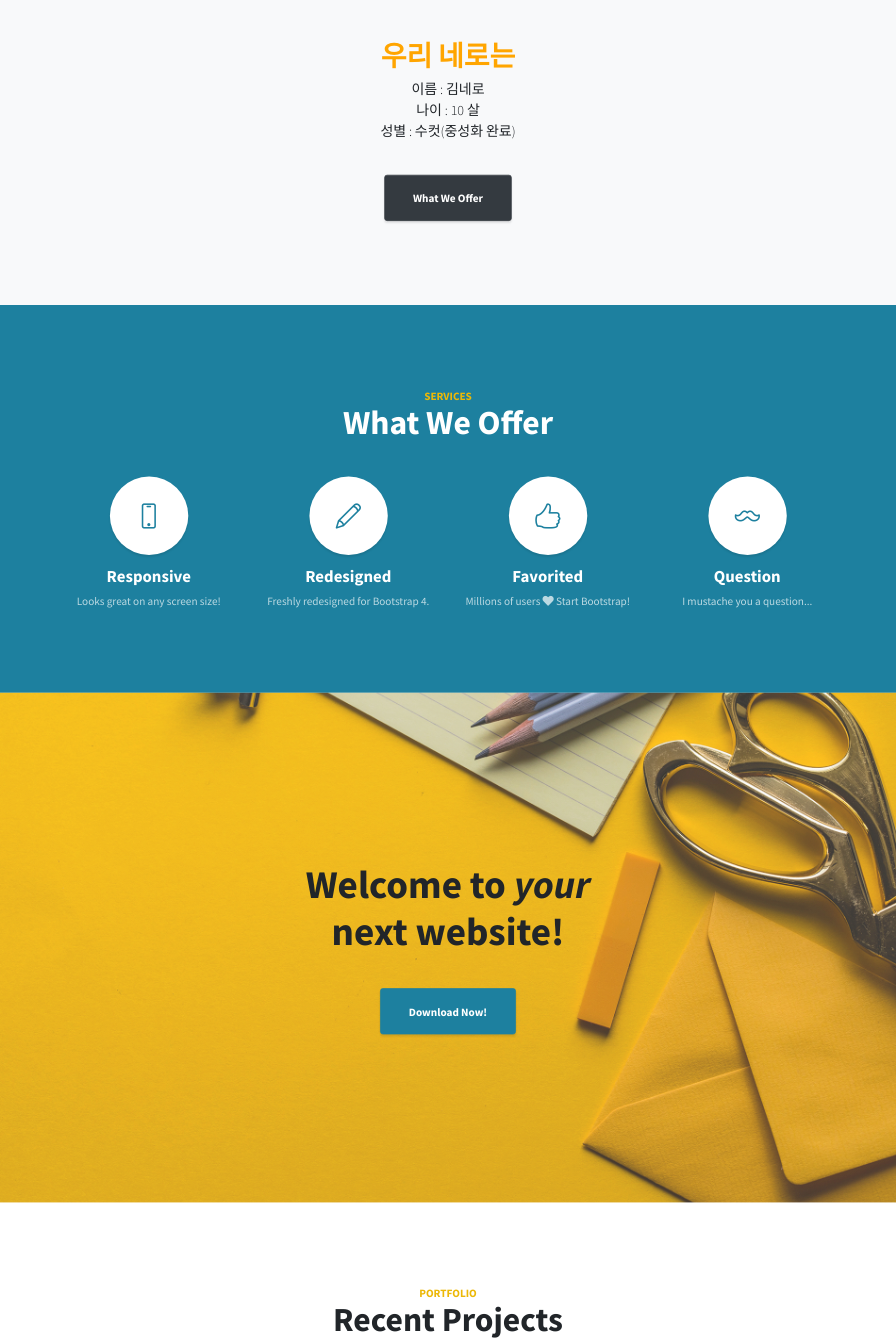
Repository: seungminlll3420/ruby_on_rails
Page: nero/index.html
The author's editor kept a record of every edit. The page is drawn from the files as they stood at one moment, then again after the next edit.
The browser window is 1280 px wide. The pictures show the part of the page from y = 784 to 2704 px (the page is 4747 px tall before and 4681 px after), at 70% of full size.

Above is the page before.

After the next edit:
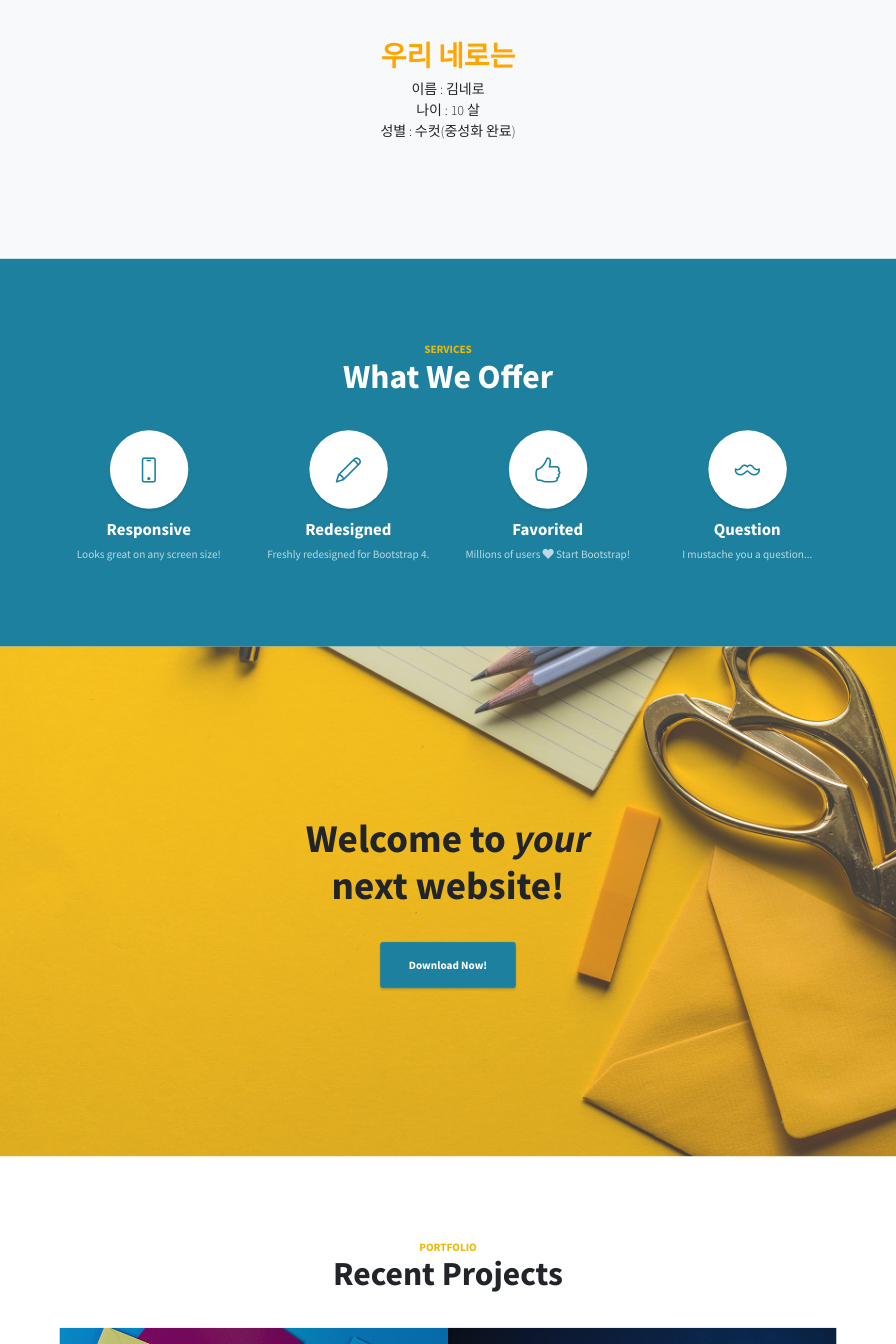
The edit:
--- a/nero/index.html
+++ b/nero/index.html
@@ -72,7 +72,6 @@
           <h1 style="color: orange">우리 네로는</h1>
           <p class="lead mb-5">이름 : 김네로<br>나이 : 10 살<br> 성별 : 수컷(중성화 완료) </p>
 
-          <a class="btn btn-dark btn-xl js-scroll-trigger" href="#services">What We Offer</a>
         </div>
       </div>
     </div>
